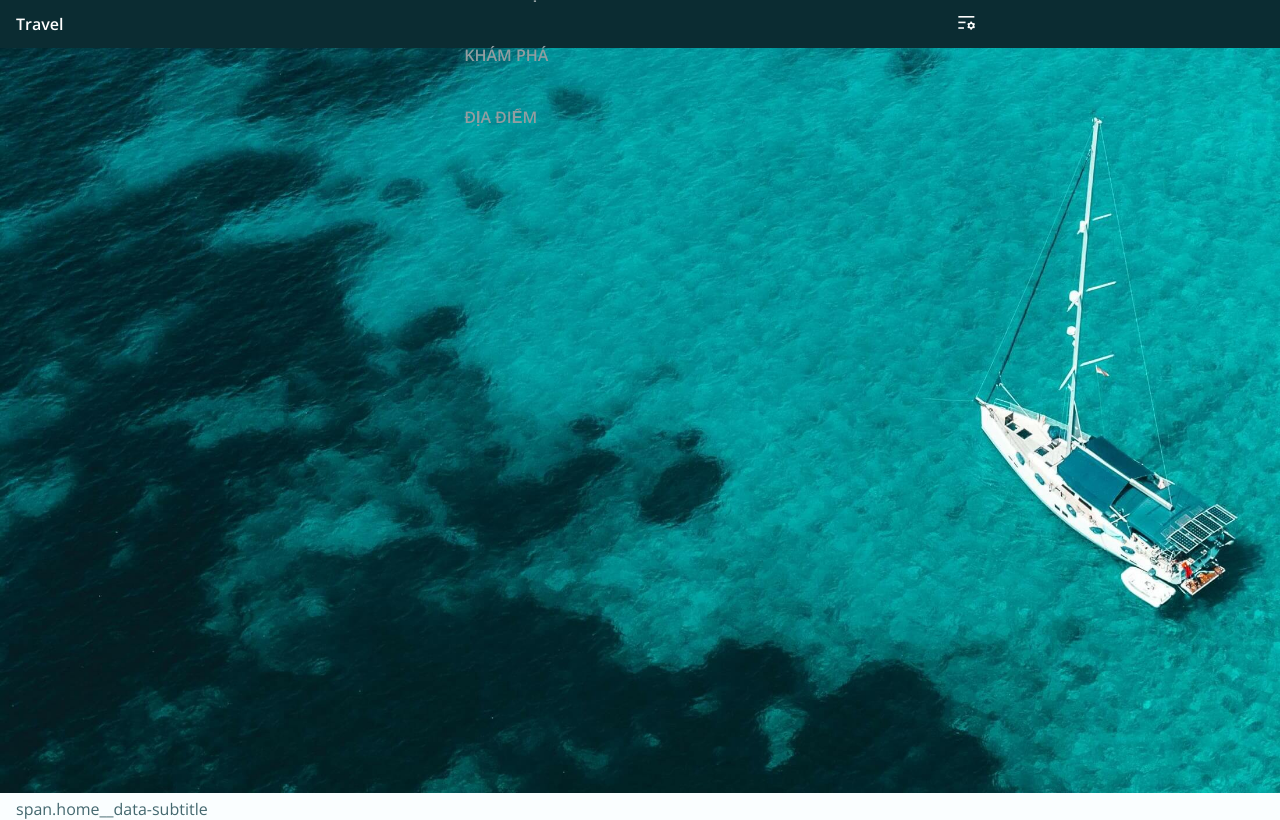
Repository: haokiet2501/travel-demo
Page: index.html
These files come from the project's save history. The page is drawn as it stood at one moment and after a run of saves; the edit follows.
The browser window is 1280 px wide. The pictures show the whole page.

Above is the page before, as saved 2021-09-21 10:31:38.

### index.html
<!DOCTYPE html>
<html lang="en">
<head>
    <meta charset="UTF-8">
    <meta http-equiv="X-UA-Compatible" content="IE=edge">
    <meta name="viewport" content="width=device-width, initial-scale=1.0">
    <link href="https://cdn.jsdelivr.net/npm/remixicon@2.5.0/fonts/remixicon.css" rel="stylesheet">
    <link rel="stylesheet" href="/css/style.css">
    <title>Website Travel</title>
</head>

<body>
    <header class="header" id="header">
        <nav class="nav container">
            <a href="#" class="nav__logo">Travel</a>

            <div class="nav__menu" id="nav-menu">
                <ul class="nav__list">
                    <li class="nav__item">
                        <a href="#home" class="nav__link">Trang chủ</a>
                    </li>
                    <li class="nav__item">
                        <a href="#about" class="nav__link">Giới thiệt</a>
                    </li>
                    <li class="nav__item">
                        <a href="#discover" class="nav__link">Khám phá</a>
                    </li>
                    <li class="nav__item">
                        <a href="#place" class="nav__link">Địa điểm</a>
                    </li>
                </ul>

                <i class="ri-close-line nav__close" id="nav-close"></i>
            </div>

            <div class="nav__toggle" id="nav-toggle">
                <i class="ri-list-settings-line"></i>
            </div>
        </nav>
    </header>

    <main class="main">
        <section class="home" id="home">
            <img src="assets/img/home1.jpg" alt="" class="home__img">

            <div class="home__container container grid">
                <div class="home__data">
                    span.home__data-subtitle
                </div>
            </div>
        </section>
    </main>

    <script src="js/script.js"></script>
</body>

</html>

### css/style.css
/* Google Font */
@import url('https://fonts.googleapis.com/css2?family=Open+Sans:wght@400;600&family=Raleway:wght@500;600;700&display=swap');

/* Variables css */
:root {
    --header-height: 3rem;

    /* Colors */
    --hue-color: 190;

    /* HSL color mode */
    --first-color: hsl(var(--hue-color), 64%, 12%);
    --first-color-second: hsl(var(--hue-color), 64%, 22%);
    --first-color-alt: hsl(var(--hue-color), 64%, 15%);
    --title-color: hsl(var(--hue-color), 64%, 18%);
    --text-color: hsl(var(--hue-color), 24%, 35%);
    --text-color-light: hsl(var(--hue-color), 8%, 60%);
    --input-color: hsl(var(--hue-color), 24%, 97%);
    --body-color: hsl(var(--hue-color), 100%, 99%);
    --white-color: #FFF;
    --scroll-bar-color: hsl(var(--hue-color), 12%, 90%);
    --scroll-thumb-color: hsl(var(--hue-color), 12%, 75%);

    /* Font and typography */
    --body-font: 'Open Sans', sans-serif;
    --title-font: 'Raleway', sans-serif;
    --biggest-font-size: 2.5rem;
    --h1-font-size: 1.5rem;
    --h2-font-size: 1.25rem;
    --h3-font-size: 1rem;
    --normal-font-size: .938rem;
    --small-font-size: .813rem;
    --smaller-font-size: .75rem;

    /* Font Weight */
    --font-medium: 500;
    --font-semi-bold: 600;

    /* Margin Bottom */
    --mb-0-25: .25rem;
    --mb-0-5: .5rem;
    --mb-0-75: .75rem;
    --mb-1: 1rem;
    --mb-1-25: 1.25rem;
    --mb-1-5: 1.5rem;
    --mb-2: 2rem;
    --mb-2-5: 2.5rem;

    /* Z-index */
    --z-tooltip: 10;
    --z-fixed: 100;

    /* Hover overlay */
    --img-transition: .3s;
    --img-hidden: hidden;
    --img-scale: scale(1.1);
}

@media screen and (min-width: 960px) {
    :root {
        --biggest-font-size: 4rem;
        --h1-font-size: 2.25rem;
        --h2-font-size: 1.75rem;
        --h3-font-size: 1.25rem;
        --normal-font-size: 1rem;
        --small-font-size: .875rem;
        --smaller-font-size: .813rem;
    }
}

/* Base */
* {
    padding: 0;
    margin: 0;
    box-sizing: border-box;
}

html {
    scroll-behavior: smooth;
}

body {
    margin: var(--header-height) 0 0 0;
    font-family: var(--body-font);
    font-size: var(--normal-font-size);
    background-color: var(--body-color);
    color: var(--text-color);
}

h1,h2,h3 {
    color: var(--title-color);
    font-weight: var(--font-semi-bold);
    font-family: var(--title-font);
}

ul {
    list-style: none;
}

a {
    text-decoration: none;
}

img, video {
    max-width: 100%;
    height: auto;
}

button, input {
    border: none;
    font-family: var(--body-font);
    font-size: var(--normal-font-size);
}

button {
    cursor: pointer;
}

input {
    outline: none;
}

/* Reusable css classed */
.section {
    padding: 4.5rem 0 2.5rem;
}

.section__title {
    font-size: var(--h2-font-size);
    color: var(--title-color);
    text-align: center;
    text-transform: capitalize;
    margin-bottom: var(--mb-2);
}

.container {
    max-width: 960px;
    margin-left: var(--mb-1);
    margin-right: var(--mb-1);
}

.grid {
    display: grid;
    gap: 1.5rem;
}

/* HEADER */
.header {
    width: 100%;
    position: fixed;
    top: 0;
    left: 0;
    z-index: var(--z-fixed);
    background-color: var(--first-color);
}

/* NAV */
.nav {
    display: flex;
    justify-content: space-between;
    align-items: center;
    height: var(--header-height);
}

.nav__logo, .nav__toggle {
    color: var(--white-color);
}

.nav__logo {
    font-weight: var(--font-semi-bold);
}

.nav__toggle {
    font-size: 1.2rem;
    cursor: pointer;
}

.nav__menu {
    position: relative;
}

@media screen and (max-width: 767px) {
    .nav__menu {
        position: fixed;
        background-color: var(--body-color);
        top: 0;
        right: -100%;
        width: 70%;
        height: 100%;
        box-shadow: -1px 0 4px hsla(var(--hue-color), 64%, 15%, .15);
        padding: 3rem;
        transition: .4s;
    }
}

.nav__list {
    display: flex;
    flex-direction: column;
    row-gap: 2.5rem;
}

.nav__link {
    color: var(--text-color-light);
    font-weight: var(--font-semi-bold);
    text-transform: uppercase;
}

.nav__link:hover {
    color: var(--text-color);
}

.nav__close {
    position: absolute;
    top: .75rem;
    right: 1rem;
    font-size: 1.5rem;
    color: var(--title-color);
    cursor: pointer;
}

/* Show-Menu */
.show-menu {
    right: 0;
}

### js/script.js
// Show Menu
const navMenu = document.getElementById('nav-menu'),
      navToggle = document.getElementById('nav-toggle'),
      navClose = document.getElementById('nav-close')

if(navToggle) {
    navToggle.addEventListener('click', () => {
        navMenu.classList.add('show-menu')
    })
}

if(navClose) {
    navClose.addEventListener('click', () => {
        navMenu.classList.remove('show-menu')
    })
}

// Remove menu Mobile
const navLink = document.querySelectorAll('.nav__link')

function linkAction(){
    const navMenu = document.getElementById('nav-menu')
    // When we click on each nav__link, we remove the show-menu class
    navMenu.classList.remove('show-menu')
}
navLink.forEach(n => n.addEventListener('click', linkAction))

After the next 2 saves:
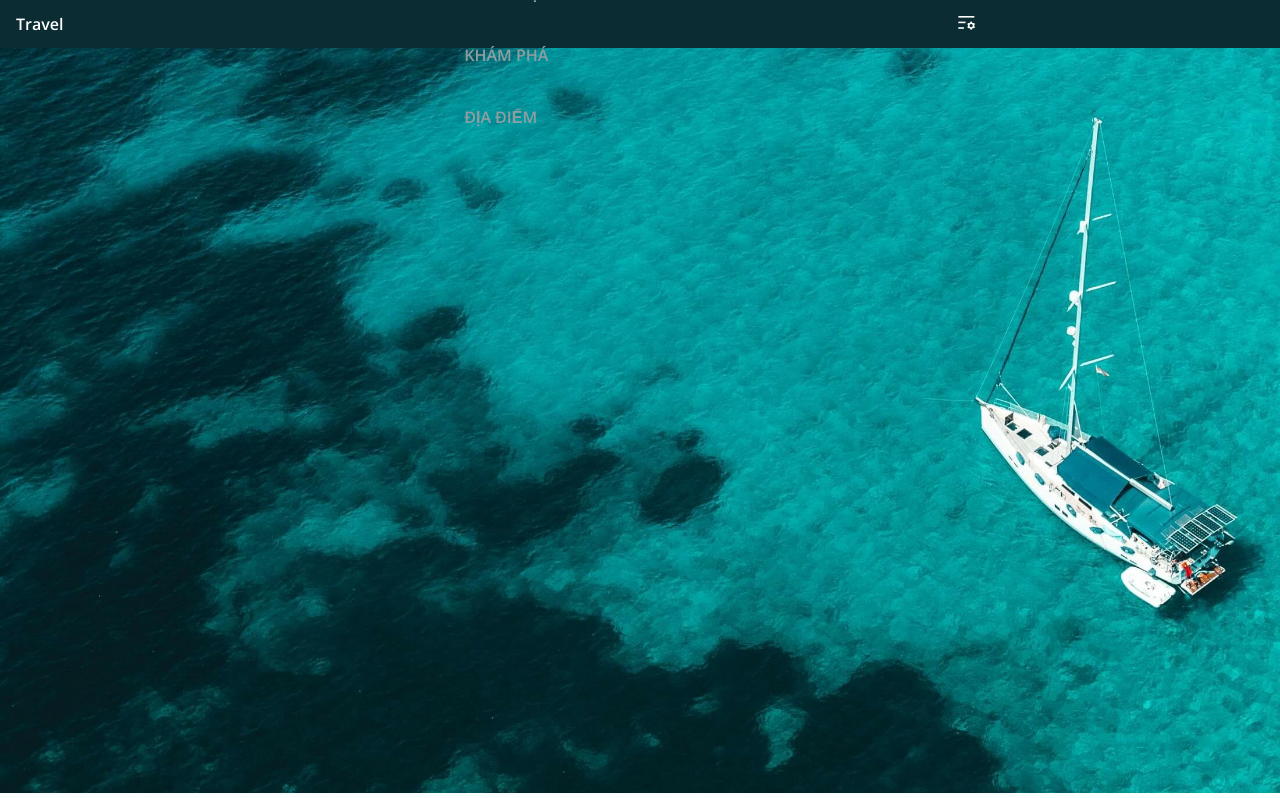
The 2 saves are shown as one change because they came seconds apart.
The last was saved 7 s later.
--- a/index.html
+++ b/index.html
@@ -45,7 +45,7 @@
 
             <div class="home__container container grid">
                 <div class="home__data">
-                    span.home__data-subtitle
+                    <span class="home__data-subtitle"></span>
                 </div>
             </div>
         </section>
